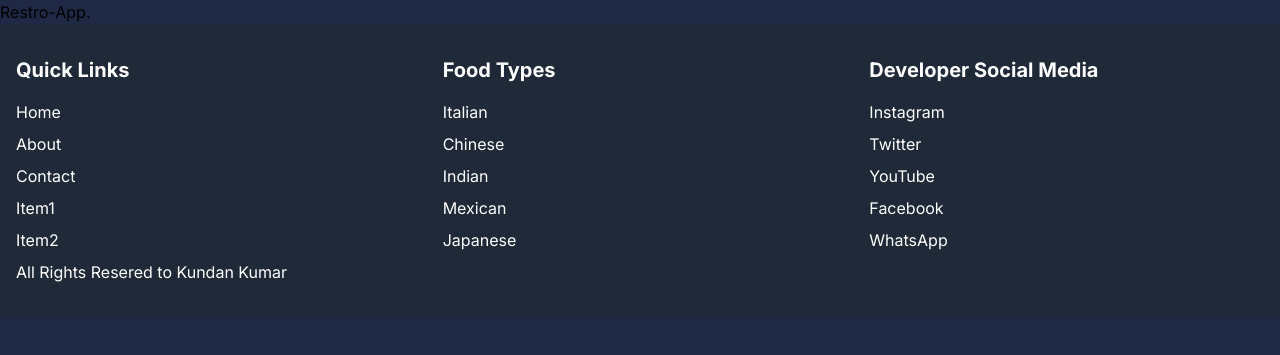
Repository: its-kundan/food-on-time
Page: /
These files come from the project's save history. The page is drawn as it stood at one moment and after the next save; the edit follows.
The browser window is 1280 px wide. The pictures show the whole page.
The project was rebuilt for these pictures with package versions that can differ from the ones it lists, and the page was loaded fresh each time. The framework's server and built-in components were replaced by stand-ins that run in the browser. Also part of the build but not shown: next.config.mjs.

Above is the page before, as saved 2024-07-25 08:49:20.

After the next save:
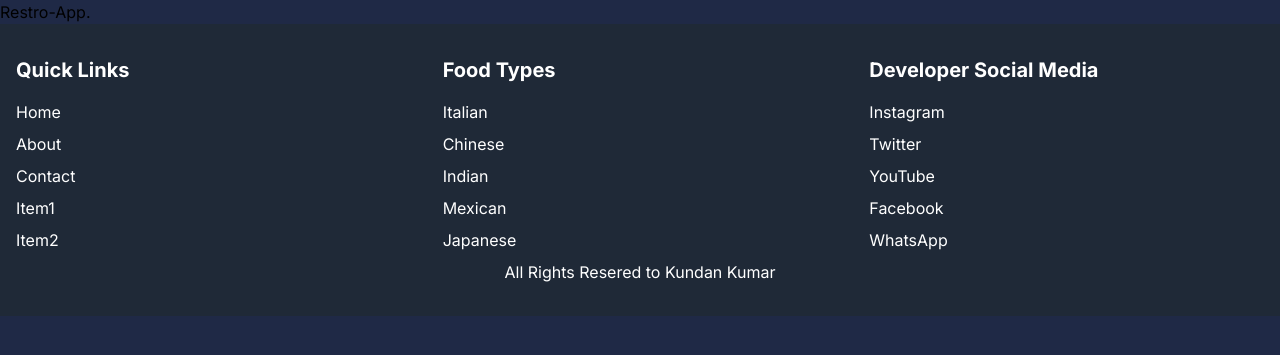
Saved 42 s later.
--- a/src/app/_components/Footer.jsx
+++ b/src/app/_components/Footer.jsx
@@ -41,7 +41,7 @@ const Footer = () => {
             </ul>
           </div>
         </div>
-        <p className='center'> All Rights Resered to Kundan Kumar</p>
+        <p className='text-center'> All Rights Resered to Kundan Kumar</p>
       </div>
     </footer>
   );
